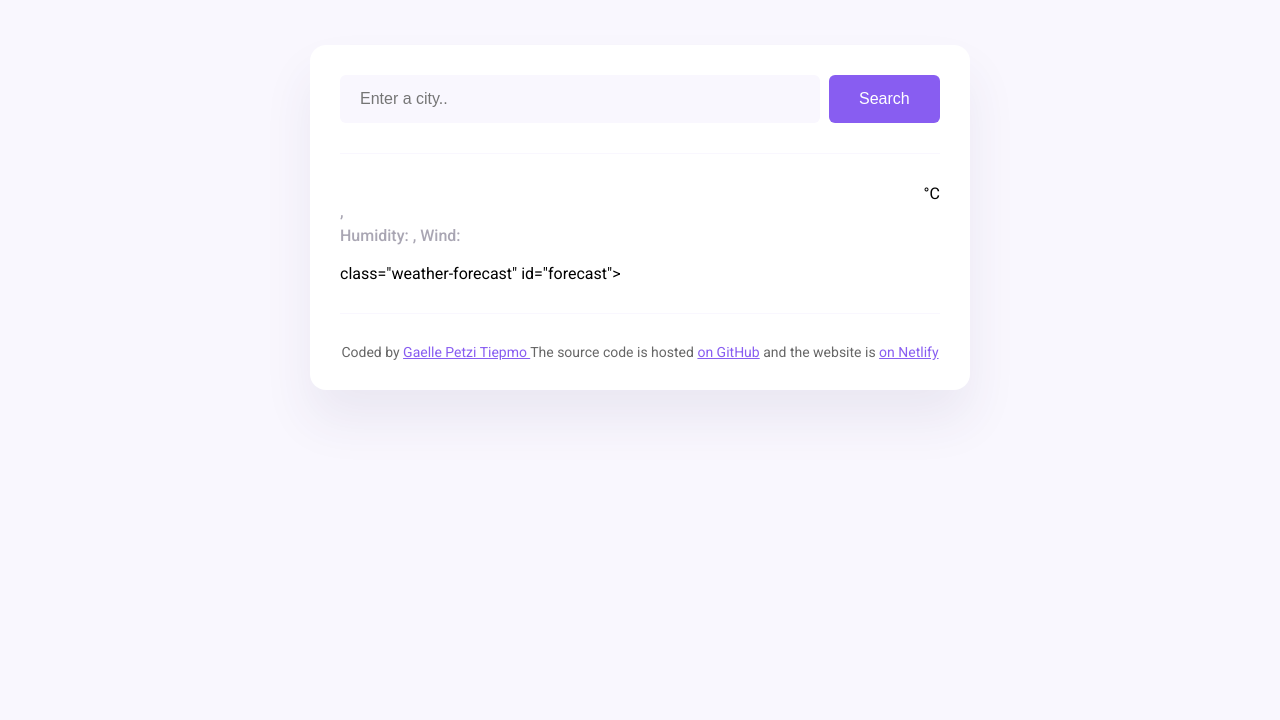
Repository: OnwardForward/meteo.by.gaelle
Page: meteo.appbygaelle.html
These files come from the project's save history. The page is drawn as it stood at one moment and after the next save; the edit follows.
The browser window is 1280 px wide. The pictures show the whole page.
The page's requests for data from a server got no answer. Some web libraries are served in a nearby version.

Above is the page before, as saved 2024-04-22 18:31:49.
Console error: TypeError: Cannot set properties of null (setting 'innerHTML')

After the next save:
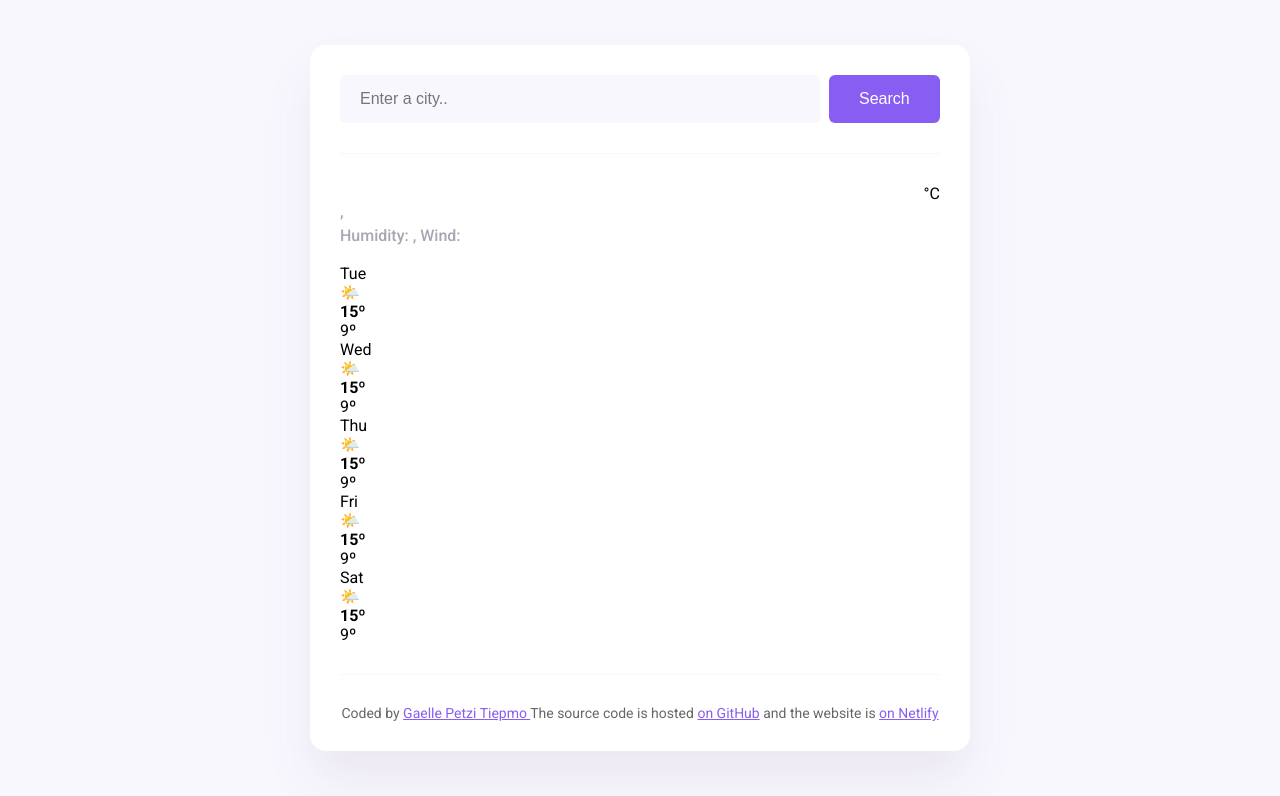
Console error (its wording comes from the project's code and is left out).
Saved 20 s later.
--- a/meteo.appbygaelle.html
+++ b/meteo.appbygaelle.html
@@ -45,7 +45,7 @@
             <div class="weatehr-app-unit">°C</div>
           </div>
         </div>
-        <div> class="weather-forecast" id="forecast"></div>
+        <div class="weather-forecast" id="forecast"></div>
       </main>
 
       <footer>
